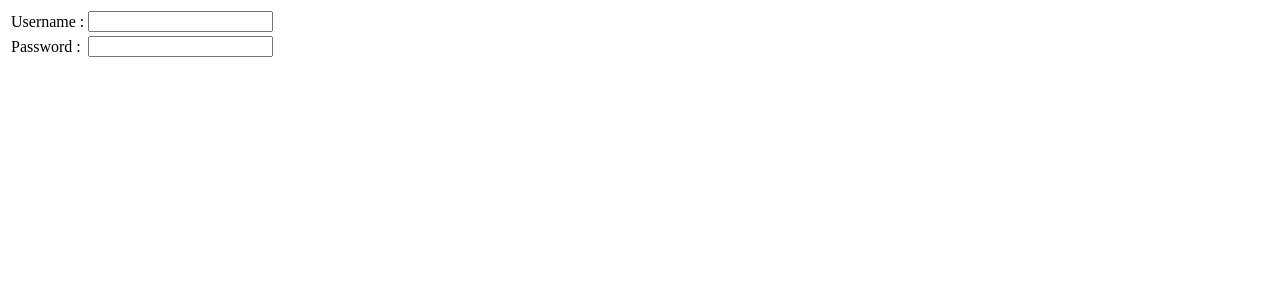
Repository: ajay2java2dev/symantec-samples
Page: google_apps_webservices/TomcatSecure-UserAuth/WebContent/WEB-INF/login.htm
These files come from the project's save history. The page is drawn as it stood at one moment and after the next save; the edit follows.
The browser window is 1280 px wide. The pictures show the whole page.

Above is the page before, as saved 2015-05-29 07:18:09.

After the next save:
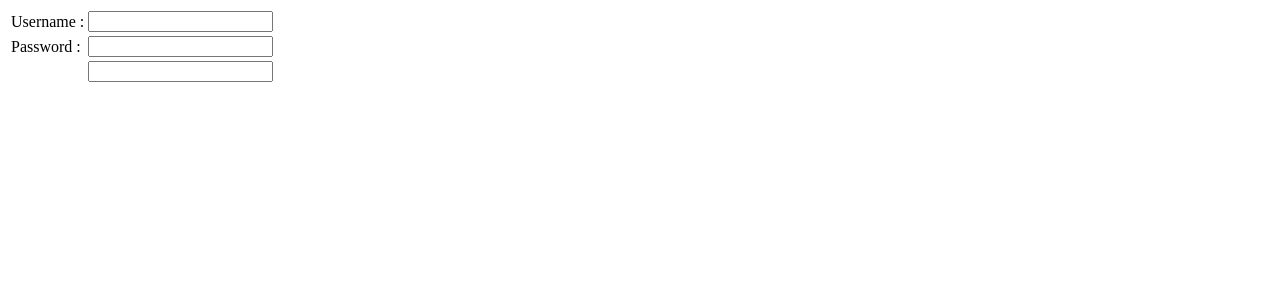
Saved 81 s later.
--- a/google_apps_webservices/TomcatSecure-UserAuth/WebContent/WEB-INF/login.htm
+++ b/google_apps_webservices/TomcatSecure-UserAuth/WebContent/WEB-INF/login.htm
@@ -15,8 +15,10 @@
 			<td> Password : </td>
 			<td> <input type="password"> </td>
 		</tr>
-
-
+		<tr>
+			<td></td>
+			<td><input type></td>
+		</tr>
 	</table>
 </body>
 </html>
